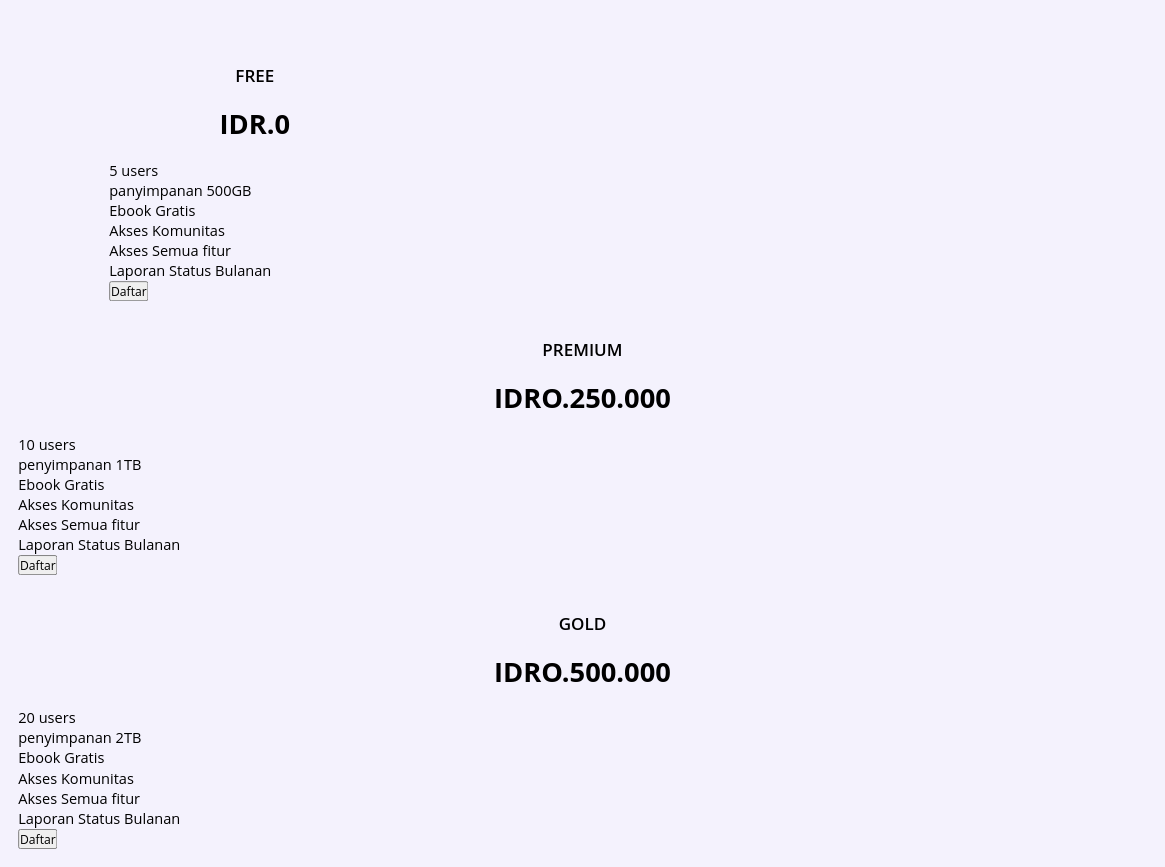
Repository: TUTJAL/my-website
Page: card.html
These files come from the project's save history. The page is drawn as it stood at one moment and after the next save; the edit follows.
The browser window is 1280 px wide. The pictures show the whole page, at 91% of full size.

Above is the page before, as saved 2024-06-20 11:09:52.

After the next save:
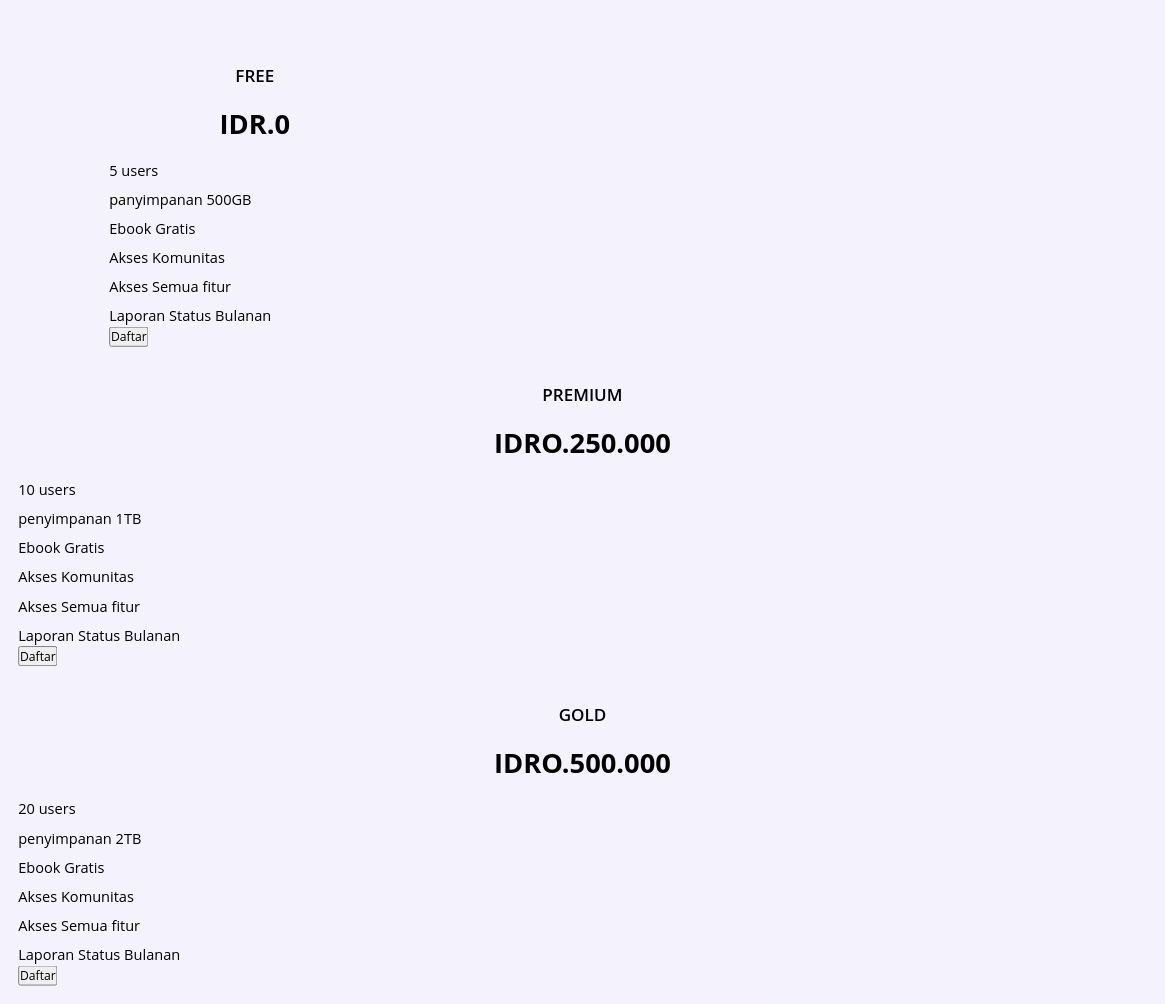
Saved 4 s later.
--- a/card.css
+++ b/card.css
@@ -49,5 +49,5 @@ body{
     list-style: none;
     display: flex;
     align-items: center;
-    margin-top: ;
+    margin-top: 10px;
 }
